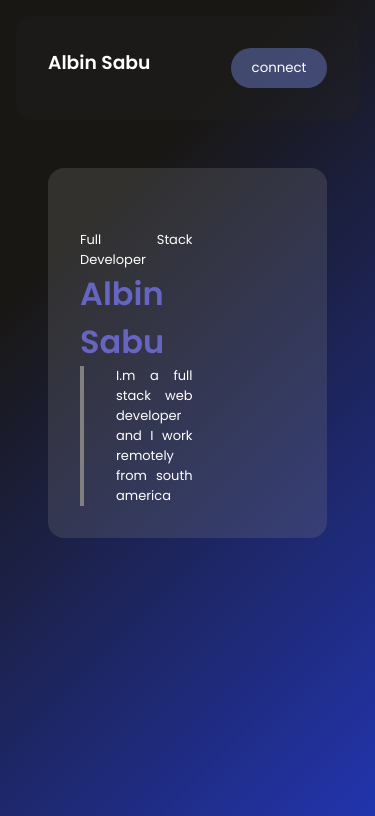
Repository: albinsabu2023/personalwebsite
Page: index.html
These files come from the project's save history. The page is drawn as it stood at one moment and after the next save; the edit follows.
The browser window is 375 px wide. The pictures show the whole page.

Above is the page before, as saved 2023-09-02 12:45:09.

After the next save:
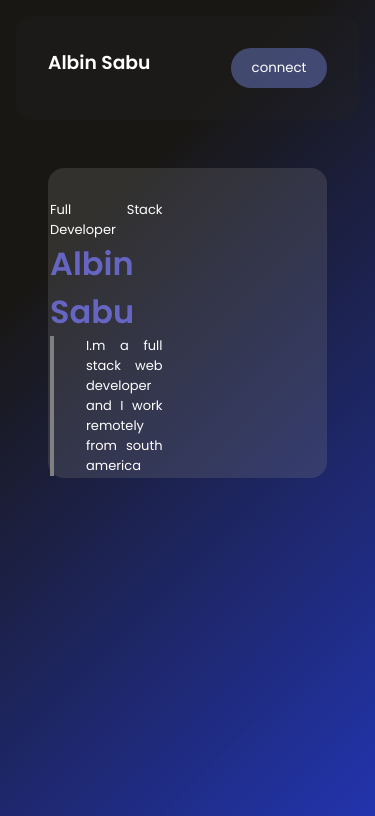
Saved 14 s later.
--- a/media.css
+++ b/media.css
@@ -4,5 +4,7 @@
         display: none;
 
     }
-    -ms-hyphenate-limit-zone: ;
+    #home{
+        padding: 2px;
+    }
 }
